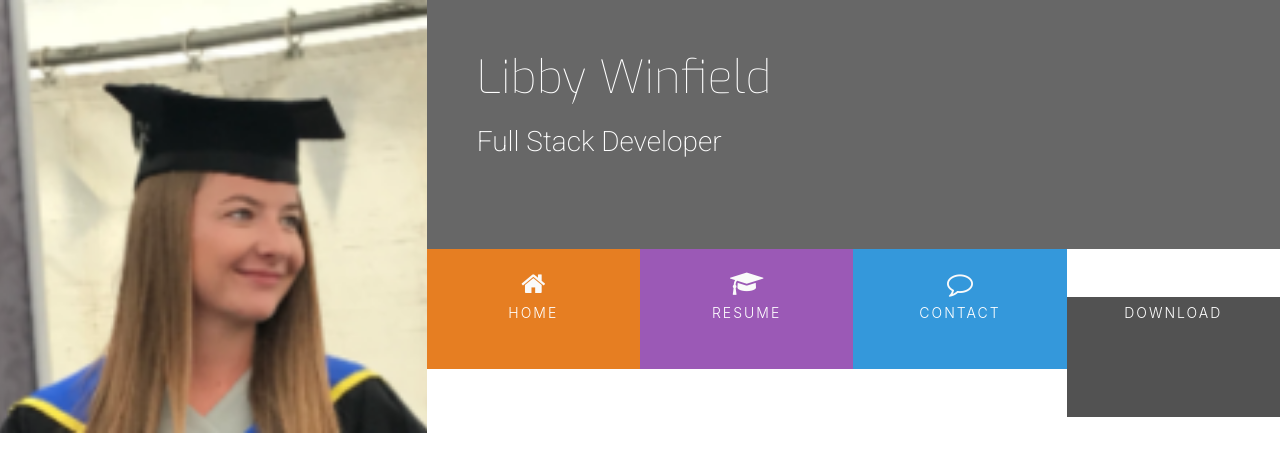
Repository: LibbyWin/CV
Page: index.html
The author's editor kept a record of every edit. The page is drawn from the files as they stood at one moment, then again after the next edit.
The browser window is 1280 px wide. The pictures show the whole page.

Above is the page before.

After the next edit:
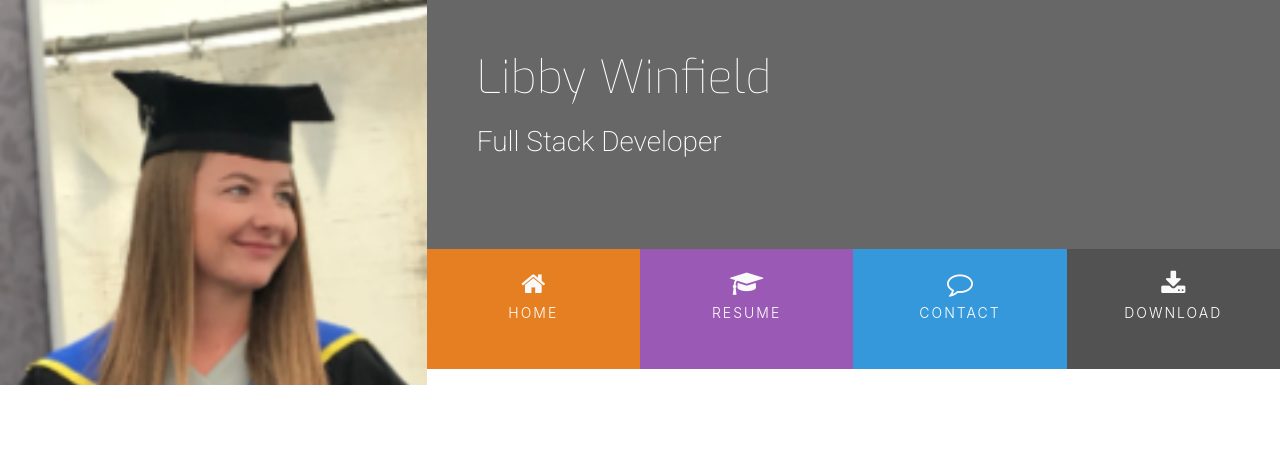
The edit:
--- a/index.html
+++ b/index.html
@@ -39,7 +39,7 @@
                                 <a href="#"><i class="fa fa-comment-o" aria-hidden="true"></i><span>Contact</span></a>
                             </li>
                             <li class="col-6 col-sm-3 ui-menu-color-download list-inline-item menuitem">
-                                <a href="#"><span>Download</span></a>
+                                <a href="#"><i class="fa fa-download" aria-hidden="true"></i><span>Download</span></a>
                             </li>
                         </ul>
                     </div>
